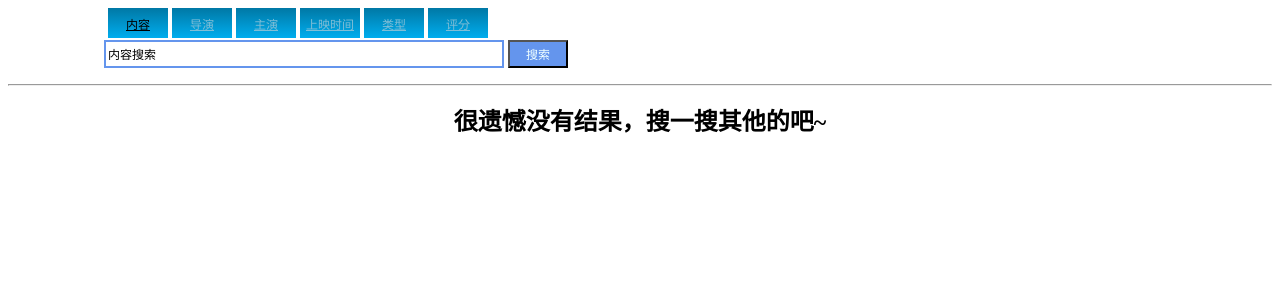
Repository: LuXiaohang/javaMVC
Page: http://localhost/Film/error.jsp
These files come from the project's save history. The page is drawn as it stood at one moment and after the next save; the edit follows.
The browser window is 1280 px wide. The pictures show the whole page.
The page is served by Tomcat 9.

Above is the page before, as saved 2015-01-19 13:34:56.

After the next save:
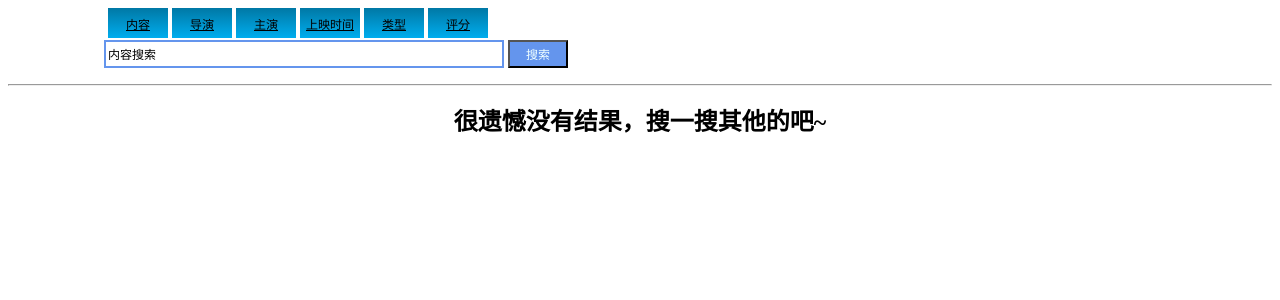
Saved 54 s later.
--- a/Film/WebContent/error.jsp
+++ b/Film/WebContent/error.jsp
@@ -140,11 +140,11 @@
 <FORM action="<%=request.getContextPath()%>/FilmServlet" METHOD="post">
 		  <input type="button" class="button1">
           <input type="button" style=" color:black" class="button" value="内容" onclick="javascript:check(this.value);">
-		  <input type="button" class="button" value="导演" onclick="javascript:check(this.value);">
-		  <input type="button" class="button" value="主演" onclick="javascript:check(this.value);">
-		  <input type="button" class="button" value="上映时间" onclick="javascript:check(this.value);">
-	      <input type="button" class="button" value="类型" onclick="javascript:check(this.value);">
-	      <input type="button" class="button" value="评分" onclick="javascript:check(this.value);">
+		  <input type="button" style=" color:black" class="button" value="导演" onclick="javascript:check(this.value);">
+		  <input type="button" style=" color:black" class="button" value="主演" onclick="javascript:check(this.value);">
+		  <input type="button" style=" color:black" class="button" value="上映时间" onclick="javascript:check(this.value);">
+	      <input type="button" style=" color:black" class="button" value="类型" onclick="javascript:check(this.value);">
+	      <input type="button" style=" color:black" class="button" value="评分" onclick="javascript:check(this.value);">
 
 <div id="name" style="display: block;">
   <input type="text" name="name" class="search_key" value="内容搜索" >
